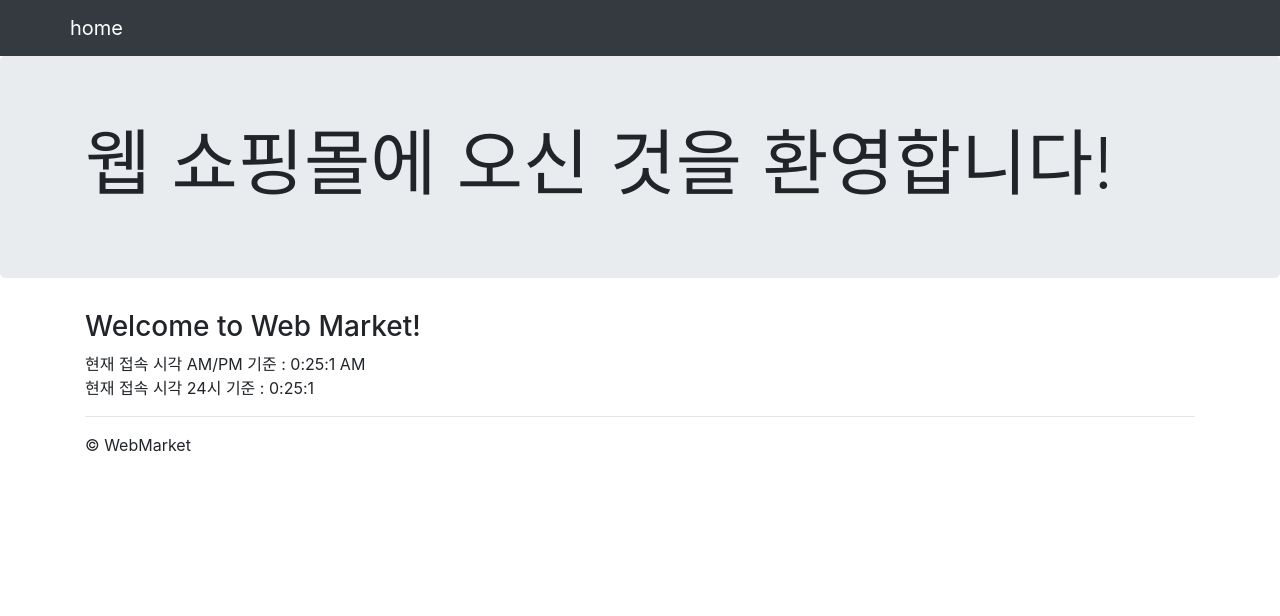
Repository: realseungju/JSP
Page: http://localhost/WebMarket/web_front_page.jsp
The author's editor kept a copy of each file at every save. The page is drawn from the files as they stood at one save, then again after the next save.
The browser window is 1280 px wide. The pictures show the whole page.
The page is served by Tomcat 9.

Above is the page before, as saved 2021-11-22 03:16:52.

### JSP_Work/WebMarket/WebContent/web_front_page.jsp
<%@ page language="java" contentType="text/html; charset=utf-8" pageEncoding="utf-8"%>
<%@ page import = "java.util.Date"%>
<html>
<head>
<link rel="stylesheet" href="https://maxcdn.bootstrapcdn.com/bootstrap/4.0.0/css/bootstrap.min.css">
<title>Welcome</title>
</head>
<body>
	<nav class="navbar navbar-expand navbar-dark bg-dark">
		<div class="container">
			<div class="navbar-header">
				<a class="navbar-brand" href="./welcome.jsp"> home </a>
			</div>
		</div>
	</nav>

	<%!
		String greeting = "웹 쇼핑몰에 오신 것을 환영합니다!";
		String tagline = "Welcome to Web Market!";
	 %>

	 <div class="jumbotron">
	 	<div class="container">
	 		<h1 class="display-3">
	 			<%=greeting%>
	 		</h1>
	 	</div>
	 </div>

	 <main role="main">
	 	<div class="container">
	 		<div class="text-left">
	 			<h3>
	 				<%=tagline%>
	 			</h3>

	 			<%
	 				Date day = new java.util.Date();
	 				String am_pm;
	 				int hour = day.getHours();
	 				int hour2 = day.getHours();
	 				int min = day.getMinutes();
	 				int sec = day.getSeconds();
	 				if (hour / 12 == 0)
	 				{
	 					am_pm = "AM";
	 				}
	 				else
	 				{
	 					am_pm = "PM";
	 					hour = hour - 12;
	 				}
	 				String CT = hour + ":" + min + ":" + sec + " " + am_pm;

	 				out.println("현재 접속 시각 AM/PM 기준 : " + CT + "<br>");

	 				String CT2 = hour2 + ":" + min + ":" + sec + " ";

	 				out.println("현재 접속 시각 24시 기준 : " + CT2 + "<br>");

	 			%>
	 		</div>
	 		<hr>
	 	</div>
	 </main>
	 <footer class="container">
	 	<p>&copy; WebMarket</p>
	 </footer>
</body>
</html>

After the next save:
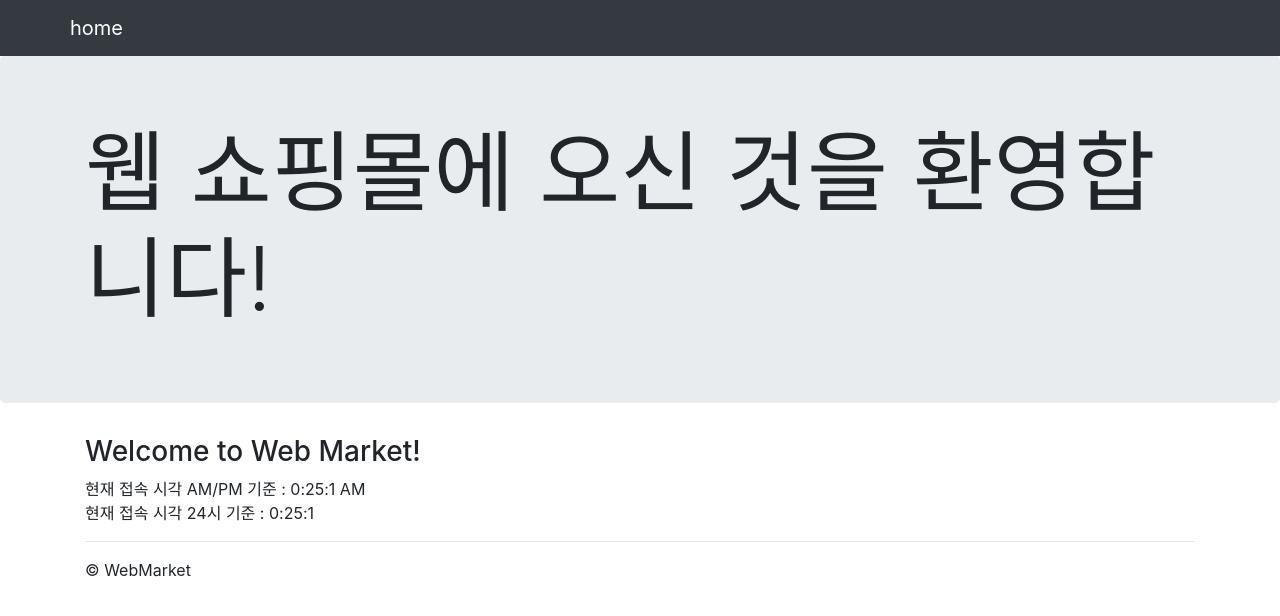
Saved 2 min 52 s later.
--- a/JSP_Work/WebMarket/WebContent/web_front_page.jsp
+++ b/JSP_Work/WebMarket/WebContent/web_front_page.jsp
@@ -21,7 +21,7 @@
 
 	 <div class="jumbotron">
 	 	<div class="container">
-	 		<h1 class="display-3">
+	 		<h1 class="display-2">
 	 			<%=greeting%>
 	 		</h1>
 	 	</div>
